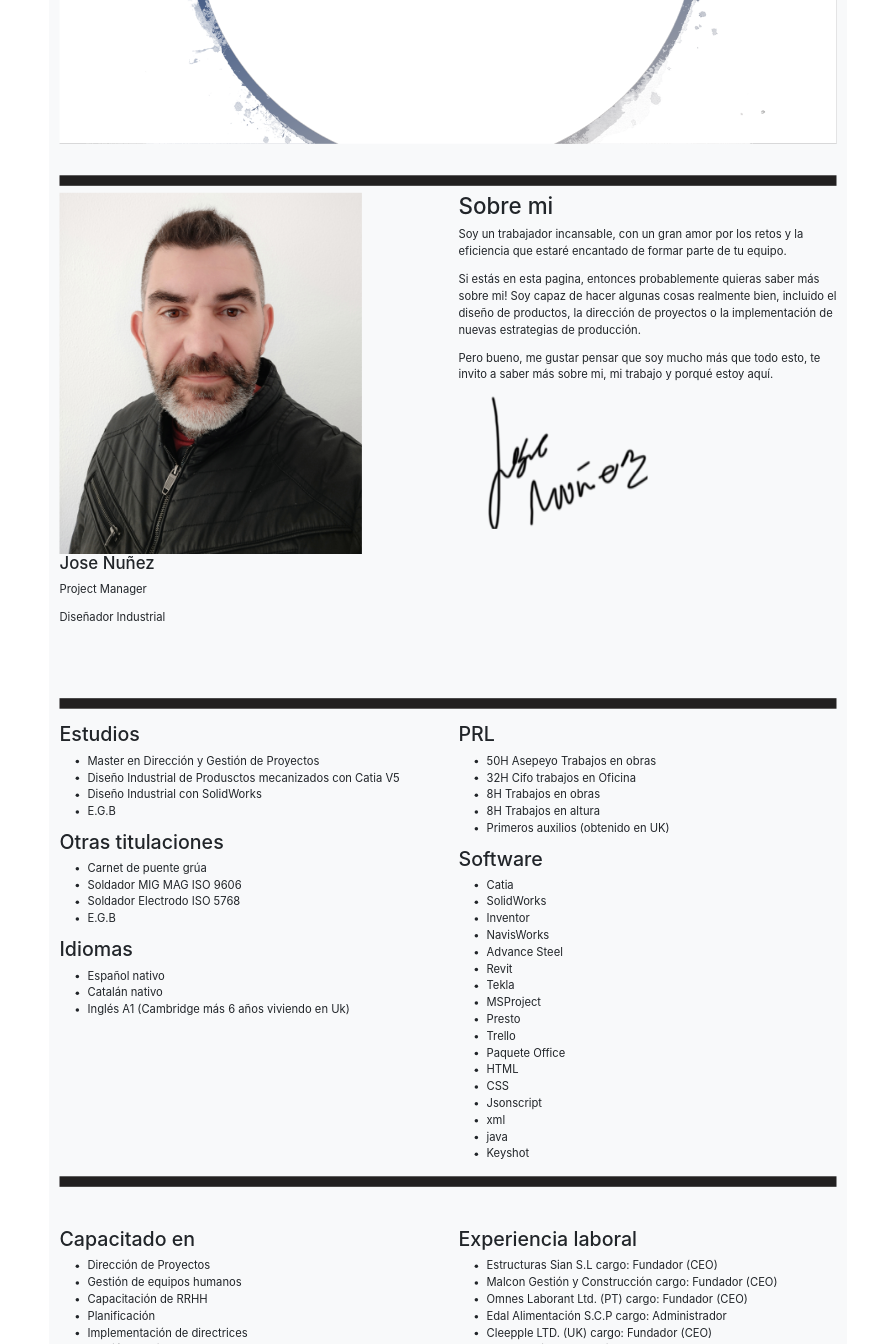
Repository: Hrotgarion1/jose
Page: index.html
The author's editor kept a copy of each file at every save. The page is drawn from the files as they stood at one save, then again after the next save.
The browser window is 1280 px wide. The pictures show the part of the page from y = 499 to 2419 px (the page is 2724 px tall), at 70% of full size.

Above is the page before, as saved 2020-09-30 06:48:56.

### index.html
<!DOCTYPE html>
<html lang="en">
<head>
    <meta charset="UTF-8">
    <meta name="viewport" content="width=device-width, user-scalable=no, initial-scale=1.0, maximum-scale=1.0, minimum-scale=1.0">
    <title>josenunez.eu</title>
    <meta name="jose p nunez" content="">
    <link rel="stylesheet" href="css/bootstrap.min.css">
    <link rel="stylesheet" href="css/estilos.css">
    <!-- Favicon -->
    <link rel="shortcut icon" href="img/LogoPuntaDeLanza.png">
</head>
<body>
    <!--Navegador responsive de la web-->
    <nav class="navbar navbar-expand-lg navbar-light bg-info">
        <a class="navbar-brand" href="../jose/index.html">Inicio</a>
        <button class="navbar-toggler" type="button" data-toggle="collapse" data-target="#navbarNavDropdown" aria-controls="navbarNavDropdown" aria-expanded="false" aria-label="Toggle navigation">
          <span class="navbar-toggler-icon"></span>
        </button>

        <div class="collapse navbar-collapse" id="navbarNavDropdown">
          <ul class="navbar-nav">
            <li class="nav-item">
              <a class="nav-link" href="#inicio">Inicio <span class="sr-only">(current)</span></a>
            </li>
            <li class="nav-item">
              <a class="nav-link" href="#sobre">Sobre mi <span class="sr-only">(current)</span></a>
            </li>
            <li class="nav-item">
              <a class="nav-link" href="#cv">Estudios</a>
            </li>
            <li class="nav-item">
              <a class="nav-link" href="#exp">Experiencia</a>
            </li>
            <li class="nav-item dropdown">
              <a class="nav-link dropdown-toggle" href="#" id="navbarDropdownMenuLink" role="button" data-toggle="dropdown" aria-haspopup="true" aria-expanded="false">
                Proyectos
              </a>
              <div class="dropdown-menu bg-info" aria-labelledby="navbarDropdownMenuLink">
                <a class="dropdown-item" href="../jose/solid.html">Diseños con SolidWorks</a>
                <a class="dropdown-item" href="../jose/catia.html">Diseños con Catia V5</a>
                <a class="dropdown-item" href="../jose/projects.html">Proyectos de construcción dirigidos</a>
                <a class="dropdown-item" href="../jose/video.html">Videos</a>
              </div>
            </li>
          </ul>
        </div>
      </nav>
      <br>

      <!--Imagen principal-->
      <div class="container bg-light">
        <section id="inicio">
          <div class="row">
            <div class="col-xs-12 col-sm-12 col-md-12 col-lg-12">
              <img src="img/LogoPuntaDeLanza.png" width="100%" height="100%">
            </div>
          </div>
        </section>
        <hr style="border:15px;">
        <br>
        <div class="linea"></div>

        <!--Seccion en la que me presento-->

        <section class="main row" id="sobre">
          <article class="col-xs-12 col-sm-6 col-md-6 col-lg-6">
              <img src="img/Jose1peque.png" width="80%" height="80%">
              <br>
              <h4 class="t-name">Jose Nuñez</h4>
              <p><span class="t-role">Project Manager</span></p>
              <p><span class="t-role">Diseñador Industrial</span></p>

          </article>
          <br>

         <aside class="col-xs-12 col-sm-6 col-md-6 col-lg-6">
          <h2 class="t1-heading">Sobre mi</h2>
                <p>Soy un trabajador incansable, con un gran amor por los retos y la eficiencia que estaré encantado de formar parte de tu equipo.</p>
                <p>Si estás en esta pagina, entonces probablemente quieras saber más sobre mi! Soy capaz de hacer algunas cosas realmente bien, incluido el diseño de productos, la dirección de proyectos o la implementación de nuevas estrategias de producción.</p>
                <p>Pero bueno, me gustar pensar que soy mucho más que todo esto, te invito a saber más sobre mi, mi trabajo y porqué estoy aquí.</p>
                <img src="img/firmajose.png" width="50%" height="30%"alt="J.Nuñez">
       </aside>
        </section>
        <br><br><br>
        <div class="linea1"></div>


        <!--Seccion en la que pongo unas listas con mis capacidades y mis estudios-->

        <section class="main row" id="cv">

          <article class="col-xs-12 col-sm-6 col-md-6 col-lg-6">
              <h3>Estudios</h3>
              <ul>
                <li>Master en Dirección y Gestión de Proyectos</li>
                <li>Diseño Industrial de Produsctos mecanizados con Catia V5</li>
                <li>Diseño Industrial con SolidWorks</li>
                <li>E.G.B</li>
              </ul>
              <h3>Otras titulaciones</h3>
              <ul>
                <li>Carnet de puente grúa</li>
                <li>Soldador MIG MAG ISO 9606</li>
                <li>Soldador Electrodo ISO 5768</li>
                <li>E.G.B</li>
              </ul>
              <h3>Idiomas</h3>
              <ul>
                <li>Español nativo</li>
                <li>Catalán nativo</li>
                <li>Inglés A1 (Cambridge más 6 años viviendo en Uk)</li>
              </ul>



          </article>
          <br>

         <aside class="col-xs-12 col-sm-6 col-md-6 col-lg-6">
          <h3>PRL</h3>
              <ul>
                <li>50H Asepeyo Trabajos en obras</li>
                <li>32H Cifo trabajos en Oficina</li>
                <li>8H Trabajos en obras</li>
                <li>8H Trabajos en altura</li>
                <li>Primeros auxilios (obtenido en UK)</li>
              </ul>
              <h3>Software</h3>
              <ul>
                <li>Catia</li>
                <li>SolidWorks</li>
                <li>Inventor</li>
                <li>NavisWorks</li>
                <li>Advance Steel</li>
                <li>Revit</li>
                <li>Tekla</li>
                <li>MSProject</li>
                <li>Presto</li>
                <li>Trello</li>
                <li>Paquete Office</li>
                <li>HTML</li>
                <li>CSS</li>
                <li>Jsonscript</li>
                <li>xml</li>
                <li>java</li>
                <li>Keyshot</li>

              </ul>
       </aside>

        </section>
        <div class="linea"></div>
        <br><br>

        <!--Seccion en la que pongo unas listas con mis capacidades y mis estudios-->

        <section class="main row" id="exp">

          <article class="col-xs-12 col-sm-6 col-md-6 col-lg-6">
            <h3>Capacitado en</h3>
            <ul>
              <li>Dirección de Proyectos</li>
              <li>Gestión de equipos humanos</li>
              <li>Capacitación de RRHH</li>
              <li>Planificación</li>
              <li>Implementación de directrices</li>
              <li>Gestión de clientes</li>
              <li>Gestión de cobros</li>
              <li>Negociación</li>
              <li>Realización y seguimiento de PRL</li>
              <li>Control de la producción</li>
              <li>Planificación de mantenimiento</li>
              <li>Desarrollo de nuevos productos</li>
              <li>Gestión de pagos</li>
              <li>Gestión de subcontratas</li>
              <li>Gestión de proveedores</li>
              <li>Planificación</li>
            </ul>

          </article>
          <br>

         <aside class="col-xs-12 col-sm-6 col-md-6 col-lg-6">

              <h3>Experiencia laboral</h3>
              <ul>
                <li>Estructuras Sian S.L cargo: Fundador (CEO)</li>
                <li>Malcon Gestión y Construcción cargo: Fundador (CEO)</li>
                <li>Omnes Laborant Ltd. (PT) cargo: Fundador (CEO)</li>
                <li>Edal Alimentación S.C.P cargo: Administrador</li>
                <li>Cleepple LTD. (UK) cargo: Fundador (CEO)</li>
                <li>Construcciones Ben-Rilo S.L cargo: Encargado</li>
                <li>Estructuras Matpin S.L cargo: Encargado</li>
                <li>Estructuras Arenys S.L cargo: Encargado</li>
                <li>CISA 95 S.L cargo: Capataz</li>
                <li>Estructuras Valls S.L cargo: Cerrajero</li>
                <li>Estructuras Avenida S.L cargo: Soldador</li>
                <li>John Reid and Sons (UK) cargo: Welder/Fabricator</li>
                <li>The Skip Factory LTD. (UK) cargo: Welder/Fabricator</li>
                <li>Farpe 97 S.L cargo: Encofrador</li>
                <li>Construcciones Famada S.L cargo: Ferralla</li>
                <li>Puertas La Llopa S.L cargo: Cerrajero</li>
              </ul>
       </aside>

        </section>
        <div class="linea"></div>



      </div>



    <script src="js/jquery-3.5.1.min.js"></script>
    <script src="js/bootstrap.min.js"></script>



</body>
</html>

### css/estilos.css
.linea {
  border-top: 15px solid rgb(34, 32, 32);
  height: 25px;
  padding: 0;
  margin: 5px auto 0 auto;
}
.linea1 {
  border-top: 15px solid rgb(34, 32, 32);
  height: 35px;
  padding: 0;
  margin: 5px auto 0 auto;
}

Loaded but not shown: css/bootstrap.min.css (library); js/jquery-3.5.1.min.js (library); js/bootstrap.min.js (library)

After the next save:
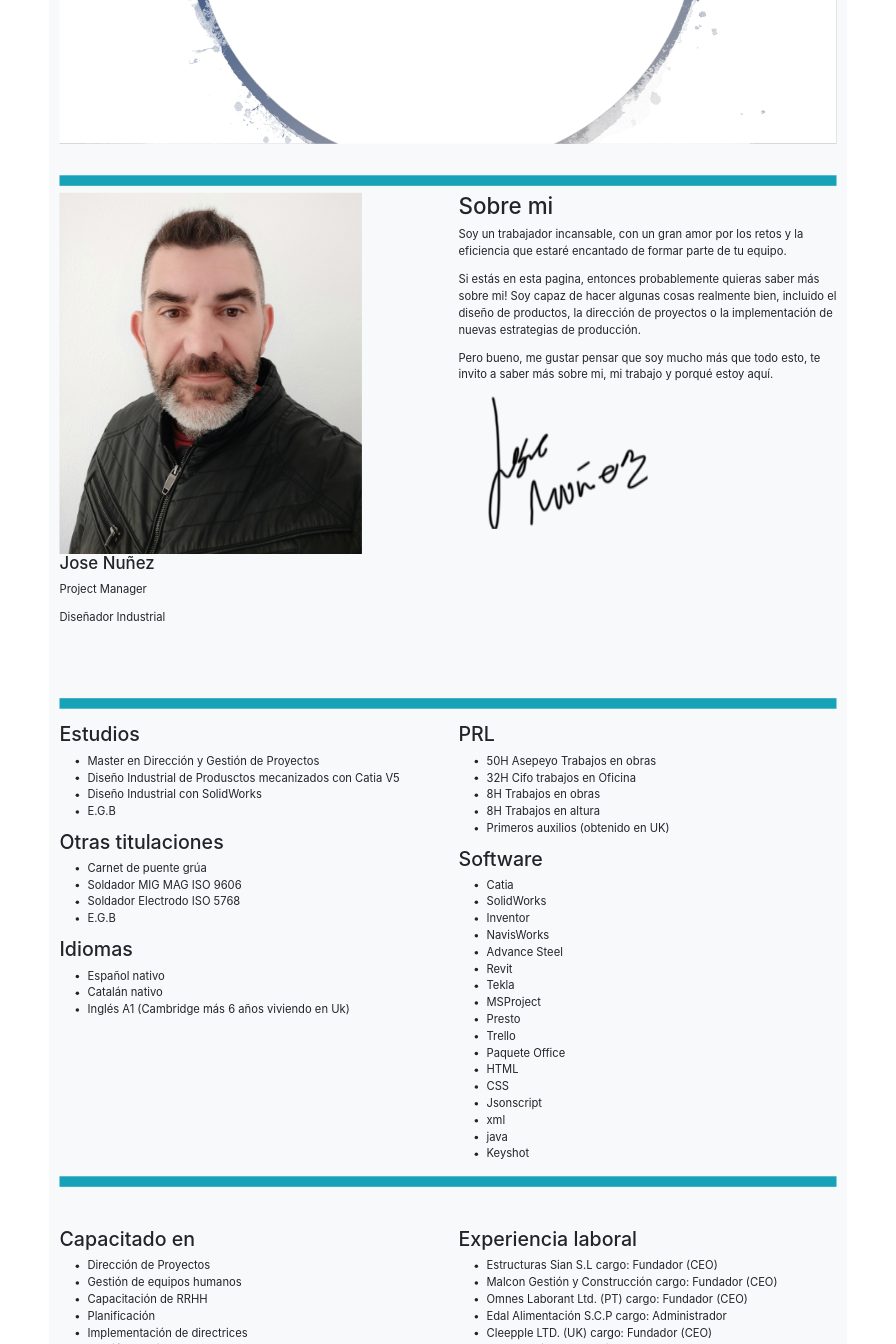
Saved 2 min 48 s later.
--- a/css/estilos.css
+++ b/css/estilos.css
@@ -1,11 +1,11 @@
 .linea {
-  border-top: 15px solid rgb(34, 32, 32);
+  border-top: 15px solid #17a2b8;
   height: 25px;
   padding: 0;
   margin: 5px auto 0 auto;
 }
 .linea1 {
-  border-top: 15px solid rgb(34, 32, 32);
+  border-top: 15px solid #17a2b8;
   height: 35px;
   padding: 0;
   margin: 5px auto 0 auto;
